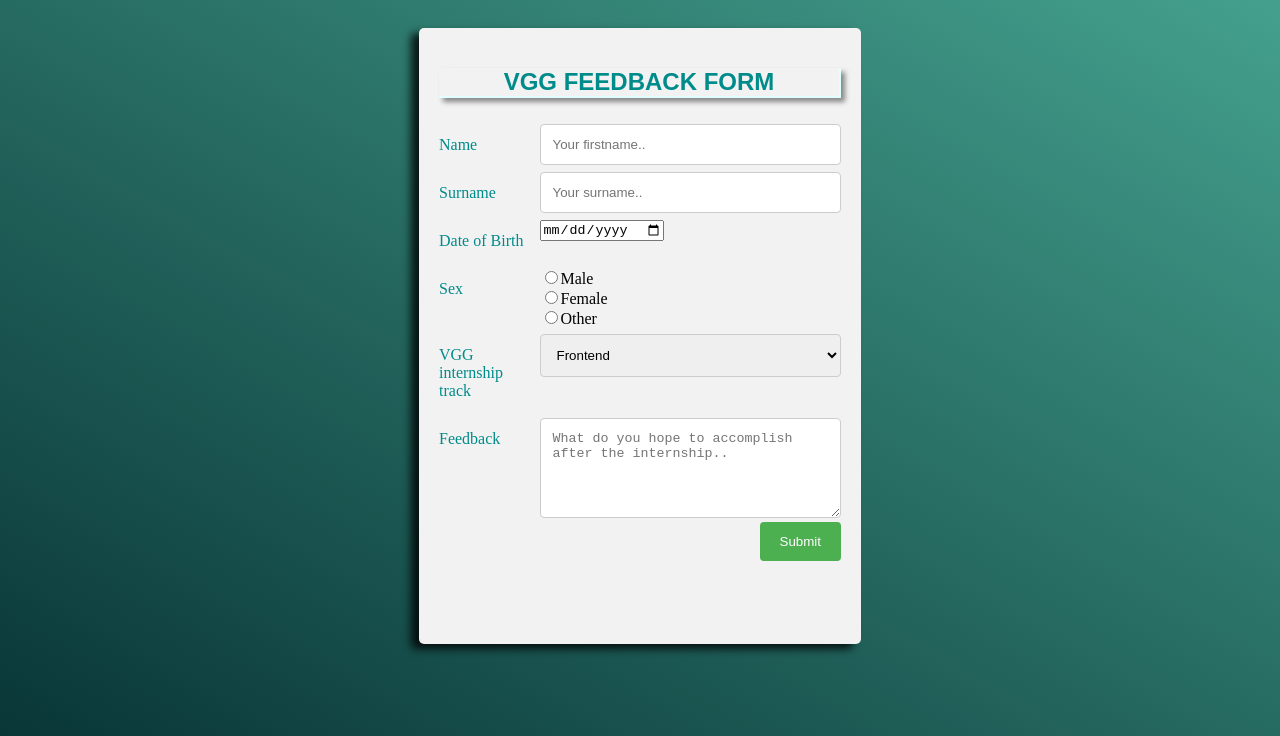
Repository: iphyokafor/VGG-Feedback-form
Page: index2.html
An editor plug-in stored every save of this project. The page is shown before and after the next save, followed by the edit.
The browser window is 1280 px wide. The pictures show the whole page.

Above is the page before, as saved 2020-01-13 01:30:14.

### index2.html
<!DOCTYPE html>
<html lang="en">

<head>
    <meta charset="UTF-8">
    <meta name="viewport" content="width=device-width, initial-scale=1.0">
    <meta http-equiv="X-UA-Compatible" content="ie=edge">
    <title>VGG feedback form</title>
    <link rel="stylesheet" href="./main.css">
</head>

<body>
    <div class="container">
        <form>
            <h2 class="heading">Vgg feedback form</h2>
            <div class="row">
                <div class="col-25">
                    <label for="name">Name</label>
                </div>
                <div class="col-75">
                    <input type="text" class="txtinput" id="name" name="name" placeholder="Your firstname..">
                </div>
            </div>
            <div class="row">
                <div class="col-25">
                    <label for="surname">Surname</label>
                </div>
                <div class="col-75">
                    <input type="text" class="txtinput" id="surname" name="surname" placeholder="Your surname..">
                </div>
            </div>
            <div class="row">
                <div class="col-25">
                    <label for="dob">Date of Birth</label>
                </div>
                <div class="col-75">
                    <input type="date" id="date" name="date">
                </div>
            </div>
            <div class="row">
                <div class="col-25">
                    <label for="sex">Sex</label>
                </div>
                <div class="col-75">
                    <input type="radio" name="gender">Male<br>
                    <input type="radio" name="gender">Female<br>
                    <input type="radio" name="gender">Other
                </div>
            </div>
            <div class="row">
                <div class="col-25">
                    <label for="VGG internship">VGG internship track</label>
                </div>
                <div class="col-75">
                    <select id="VGG internship" name="VGG">
            <option value="frontend">Frontend</option>
            <option value="backend">Backend</option>
            <option value="ui/ux">UI/UX</option>
            <option value="software">Software Quality Assurance</option>
            <option value="devops">DevOps</option>
          </select>
                </div>
            </div>
            <div class="row">
                <div class="col-25">
                    <label for="feedback">Feedback</label>
                </div>
                <div class="col-75">
                    <textarea id="feedback" name="feedback" placeholder="What do you hope to accomplish after the internship.." style="height:100px"></textarea>
                </div>
            </div>
            <div class="row">
                <input type="submit" class="btn" value="Submit">
            </div>
        </form>
    </div>

</body>

</html>

### main.css
/* Style inputs, select elements and textareas */

body {
    display: flex;
    justify-content: center;
    flex-wrap: wrap;
    background: linear-gradient(to right top, #093637, #44A08D);
    background-repeat: no-repeat;
    height: 100vh;
}

.txtinput,
select,
textarea {
    width: 100%;
    padding: 12px;
    border: 1px solid #ccc;
    border-radius: 4px;
    box-sizing: border-box;
    resize: vertical;
}


/* Style the label to display next to the inputs */

label {
    padding: 12px 12px 12px 0;
    display: inline-block;
}


/* Style the submit button */

.btn {
    background-color: #4CAF50;
    color: white;
    padding: 12px 20px;
    border: none;
    border-radius: 4px;
    cursor: pointer;
    float: right;
    transition: all 1s;
}

.btn:hover {
    transform: scale(1.1);
}


/* Style the container */

.container {
    height: 80vh;
    margin-top: 20px;
    border-radius: 5px;
    background-color: #f2f2f2;
    padding: 20px;
    box-shadow: -8px 5px 8px rgba(0, 0, 0, 0.8);
    transition: border 0.15s linear 0s, linear 0s, color 0.15s linear 0s;
}

.heading {
    text-transform: uppercase;
    font-family: Arial, Helvetica, sans-serif;
    color: darkcyan;
    border-bottom: 2px solid lightcyan;
    border-right: 2px solid lightcyan;
    box-shadow: 4px 4px 5px #888888;
    width: 400px;
    text-align: center;
}


/* Floating column for labels: 25% width */

.col-25 {
    float: left;
    width: 25%;
    margin-top: 6px;
    color: darkcyan;
}


/* Floating column for inputs: 75% width */

.col-75 {
    float: left;
    width: 75%;
    margin-top: 6px;
}


/* Clear floats after the columns */

.row:after {
    content: "";
    display: table;
    clear: both;
}


/* Responsive layout - when the screen is less than 600px wide, make the two columns stack on top of each other instead of next to each other */

@media screen and (max-width: 600px) {
    .col-25,
    .col-75,
    input[type=submit] {
        width: 100%;
        margin-top: 0;
    }
}

After the next save:
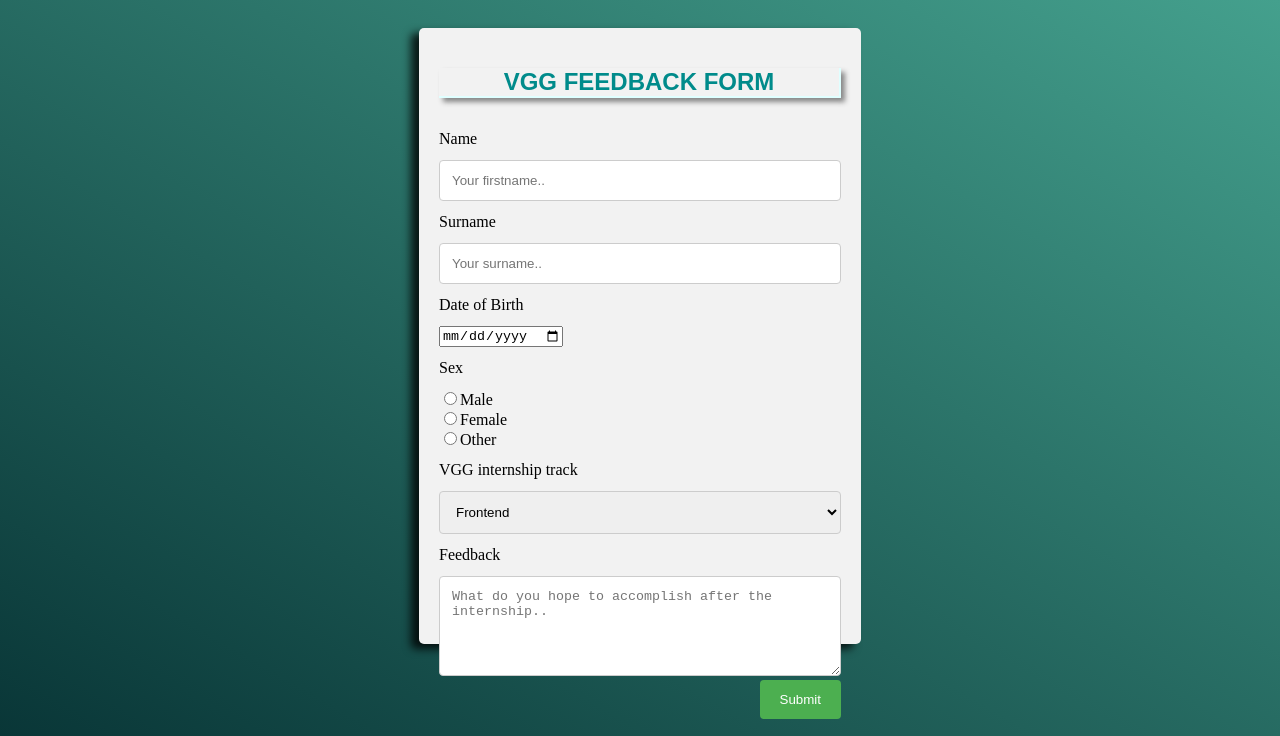
Saved 87 s later.
--- a/index2.html
+++ b/index2.html
@@ -14,44 +14,44 @@
         <form>
             <h2 class="heading">Vgg feedback form</h2>
             <div class="row">
-                <div class="col-25">
+                <div class="column1">
                     <label for="name">Name</label>
                 </div>
-                <div class="col-75">
+                <div class="column3">
                     <input type="text" class="txtinput" id="name" name="name" placeholder="Your firstname..">
                 </div>
             </div>
             <div class="row">
-                <div class="col-25">
+                <div class="column1">
                     <label for="surname">Surname</label>
                 </div>
-                <div class="col-75">
+                <div class="column3">
                     <input type="text" class="txtinput" id="surname" name="surname" placeholder="Your surname..">
                 </div>
             </div>
             <div class="row">
-                <div class="col-25">
+                <div class="column1">
                     <label for="dob">Date of Birth</label>
                 </div>
-                <div class="col-75">
+                <div class="column3">
                     <input type="date" id="date" name="date">
                 </div>
             </div>
             <div class="row">
-                <div class="col-25">
+                <div class="column1">
                     <label for="sex">Sex</label>
                 </div>
-                <div class="col-75">
+                <div class="column3">
                     <input type="radio" name="gender">Male<br>
                     <input type="radio" name="gender">Female<br>
                     <input type="radio" name="gender">Other
                 </div>
             </div>
             <div class="row">
-                <div class="col-25">
+                <div class="column1">
                     <label for="VGG internship">VGG internship track</label>
                 </div>
-                <div class="col-75">
+                <div class="column3">
                     <select id="VGG internship" name="VGG">
             <option value="frontend">Frontend</option>
             <option value="backend">Backend</option>
@@ -62,10 +62,10 @@
                 </div>
             </div>
             <div class="row">
-                <div class="col-25">
+                <div class="column1">
                     <label for="feedback">Feedback</label>
                 </div>
-                <div class="col-75">
+                <div class="column3">
                     <textarea id="feedback" name="feedback" placeholder="What do you hope to accomplish after the internship.." style="height:100px"></textarea>
                 </div>
             </div>

After the save that followed:
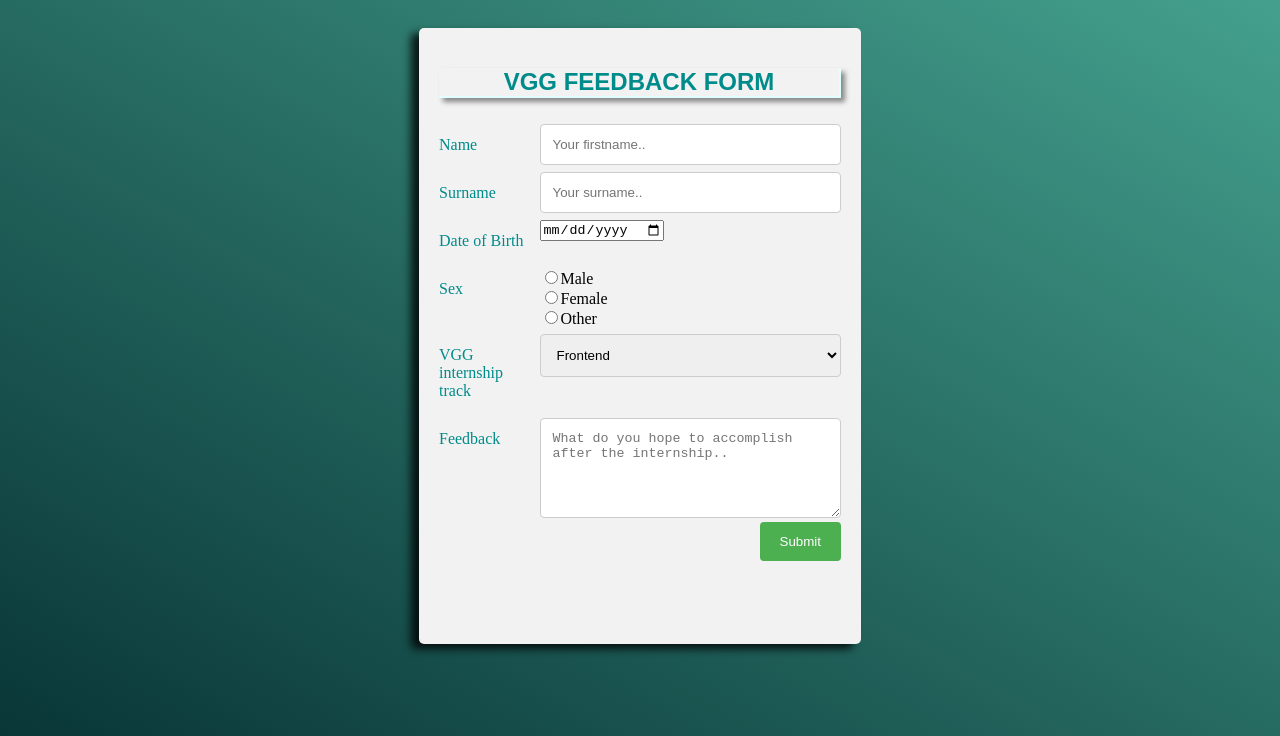
Saved 34 s later.
--- a/main.css
+++ b/main.css
@@ -73,7 +73,7 @@ label {
 
 /* Floating column for labels: 25% width */
 
-.col-25 {
+.column1 {
     float: left;
     width: 25%;
     margin-top: 6px;
@@ -83,7 +83,7 @@ label {
 
 /* Floating column for inputs: 75% width */
 
-.col-75 {
+.column3 {
     float: left;
     width: 75%;
     margin-top: 6px;
